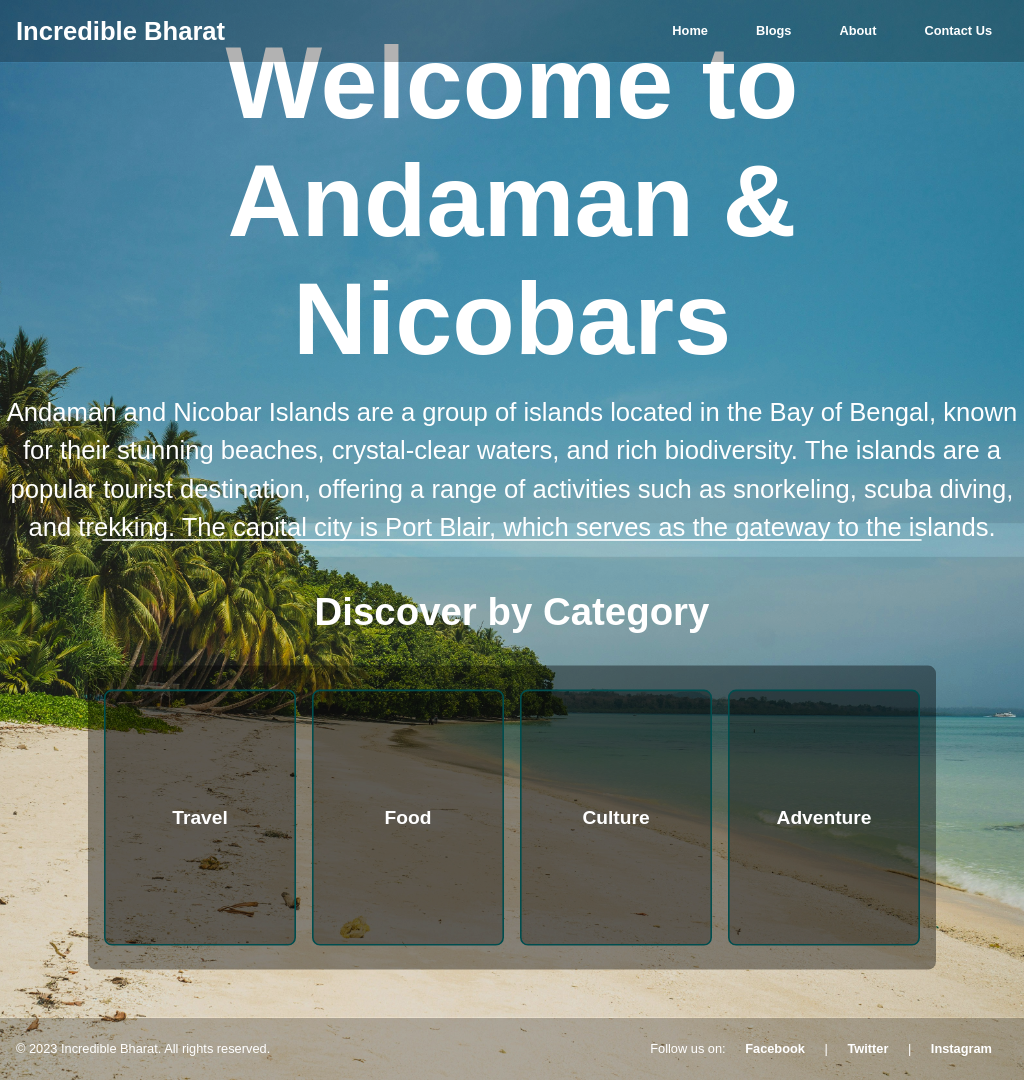
Repository: jaidhiman111/incrediblebharat
Page: destinations/Andaman&Nicobar.html
These files come from the project's save history. The page is drawn as it stood at one moment and after a run of saves; the edit follows.
The browser window is 1280 px wide. The pictures show the whole page, at 80% of full size.

Above is the page before, as saved 2025-04-30 23:39:22.

### destinations/Andaman&Nicobar.html
<!DOCTYPE html>
<html lang="en">

<head>
    <meta charset="UTF-8">
    <link rel="stylesheet" href="/assets/style.css">
    <meta name="viewport" content="width=device-width, initial-scale=1.0">
    <title>Document</title>
</head>

<body class="andaman-nicobar">
    <!-- This is the header of the page. -->
    <header class="header">
        <div class="logo">
            <h1>Incredible Bharat</h1>
        </div>
        <div class="nav">
            <nav>
                <ul>
                    <li>
                        <a href="/index.html">Home</a>
                        <a href="#">Blogs</a>
                        <a href="#">About</a>
                        <a href="#">Contact Us</a>
                    </li>
                </ul>
            </nav>
        </div>
    </header>
    <!-- This is the main content of the page. -->
    <main class="main-container">
        <section class="hero-section">
            <h2>Welcome to Andaman & Nicobars</h2>
            <p>Andaman and Nicobar Islands are a group of islands located in the Bay of Bengal, known for their stunning
                beaches, crystal-clear waters, and rich biodiversity. The islands are a popular tourist destination,
                offering a range of activities such as snorkeling, scuba diving, and trekking. The capital city is Port
                Blair, which serves as the gateway to the islands.</p>
        </section>
        <hr>
        <section class="state-section">
            <h2>Discover by Category</h2>
            <div class="card-section">
                <div class="card" id="travel">Travel</div>
                <div class="card" id="food">Food</div>
                <div class="card" id="culture">Culture</div>
                <div class="card" id="adventure">Adventure</div>
            </div>
        </section>
    </main>
    <!-- This is the footer of the page. -->
    <footer class="footer">
        <div>
            <p>&copy; 2023 Incredible Bharat. All rights reserved.</p>
        </div>
        <div>
            <p>Follow us on:
                <a href="#">Facebook</a> |
                <a href="#">Twitter</a> |
                <a href="#">Instagram</a>
        </div>
    </footer>
</body>

</html>

### assets/style.css
* {
    box-sizing: border-box;
    margin: 0;
    padding: 0;
}

.home {
    font-family: Arial, sans-serif;
    background-image: url('/media/bg-cover.jpg');
    background-size: cover;
    background-repeat: no-repeat;
    background-position: center;
    color: #fff;
}

.andaman-nicobar {
    font-family: Arial, sans-serif;
    background-image: url('/media/andaman.jpg');
    background-size: cover;
    background-repeat: no-repeat;
    background-position: center;
    color: #fff;
}


/* This is for header */
.header {
    background-color: rgba(0, 0, 0, 0.3);
    display: flex;
    justify-content: space-between;
    align-items: center;
    padding: 20px;
    position: sticky;
    top: 0;
    text-align: center;
}

li {
    list-style: none;
    display: flex;
    gap: 20px;
}

li a {
    padding: 10px 20px;
    border-radius: 5px;
    text-decoration: none;
    color: #fff;
    font-weight: bold;
}

li a:hover {
    color: #fff;
    transform: scale(1.1);}

/* This is for section */
section{
    background-color: rgba(0, 0, 0, 0.1);
}

.hero-section {
    display: flex;
    flex-direction: column;    /* stack items vertically */
    justify-content: center;   /* center vertically */
    align-items: center;       /* center horizontally */
    height: 80vh;
    text-align: center;
}

.hero-section h2 {
    font-size: 8rem;
    margin-bottom: 20px;
}

.hero-section p{
    font-size: 2rem;
    margin-bottom: 20px;
    max-width: 100rem;         /* limit the width of the paragraph */
    line-height: 1.5;        /* improve readability */
}

.hero-section a {
    text-decoration: none;
    color: #fff;
    font-size: 1.5rem;
    margin-bottom: 20px;
}

.hero-section a:hover {
    color: #fff;
    text-decoration: underline;
    transform: scale(1.1);
    transition: transform 0.3s ease-in-out;
}

hr {
    width: 80%;
    margin: 20px auto;
    border: 1px solid #fff;
}

.state-section {
    display: flex;
    flex-direction: column;    /* stack items vertically */
    justify-content: center;
    align-items: center;
    height: 80vh;
    text-align: center;
}

.state-section h2 {
    font-size: 3rem;
    margin-bottom: 20px;
}

.state-button {
    padding: 30px;
    max-width: 100rem;
    margin: 0 auto;
  }

  .state-button button {
    background-color: rgba(0, 0, 0, 0.4);  /* Soft blue */
    border: none;
    border-radius: 8px;
    margin: 10px ;
    padding: 12px 20px;
    cursor: pointer;
    transition: background-color 0.3s ease;
    font-size: 16px;
    font-weight: 500;
  }

  .state-button button a {
    color: #ffffff;
    text-decoration: none;
    display: block;
    width: 100%;
    height: 100%;
  }

  .state-button button:hover {
    background-color: rgba(0, 0, 0, 0.7); /* Darker blue on hover */
    transform: scale(1.1); /* Slightly enlarge the button on hover */
    transition: transform 0.3s ease-in-out;
  }

  .card-section {
    display: flex;
    flex-wrap: wrap; /* Makes it responsive */
    justify-content: center;
    gap: 20px;
    background-color: rgba(0, 0, 0, 0.4);
    padding: 30px 20px;
    margin: 20px auto;
    max-width: 100%;
    border-radius: 10px;
}

.card {
    background-color: rgba(0, 0, 0, 0.3);
    color: #fff;
    border: 2px solid #014d4e;
    border-radius: 10px;
    width: 15rem;
    height: 20rem;
    display: flex;
    align-items: center;
    justify-content: center;
    font-size: 1.5rem;
    font-weight: bold;
    cursor: pointer;
    transition: transform 0.3s ease, background-color 0.3s ease;
}

.card:hover {
    background-color: #019494;
    color: #ffffff;
    transform: scale(1.05);
}


  /* This is for footer */

.footer {
    background-color: rgba(0, 0, 0, 0.3);
    display: flex;
    justify-content: space-between;
    align-items: center;
    padding: 20px;
    position: relative;
    bottom: 0;
    text-align: center;
}

.footer li {
    list-style: none;
    display: flex;
    gap: 20px;
}

.footer a {
    display: inline-block;
    padding: 10px 20px;
    border-radius: 5px;
    text-decoration: none;
    color: #fff;
    font-weight: bold;
}
.footer a:hover {
    color: #fff;
    transform: scale(1.1);

}

/* This is for media queries */
/* --- Andaman & Nicobar Page Enhancements --- */

After the next 2 saves:
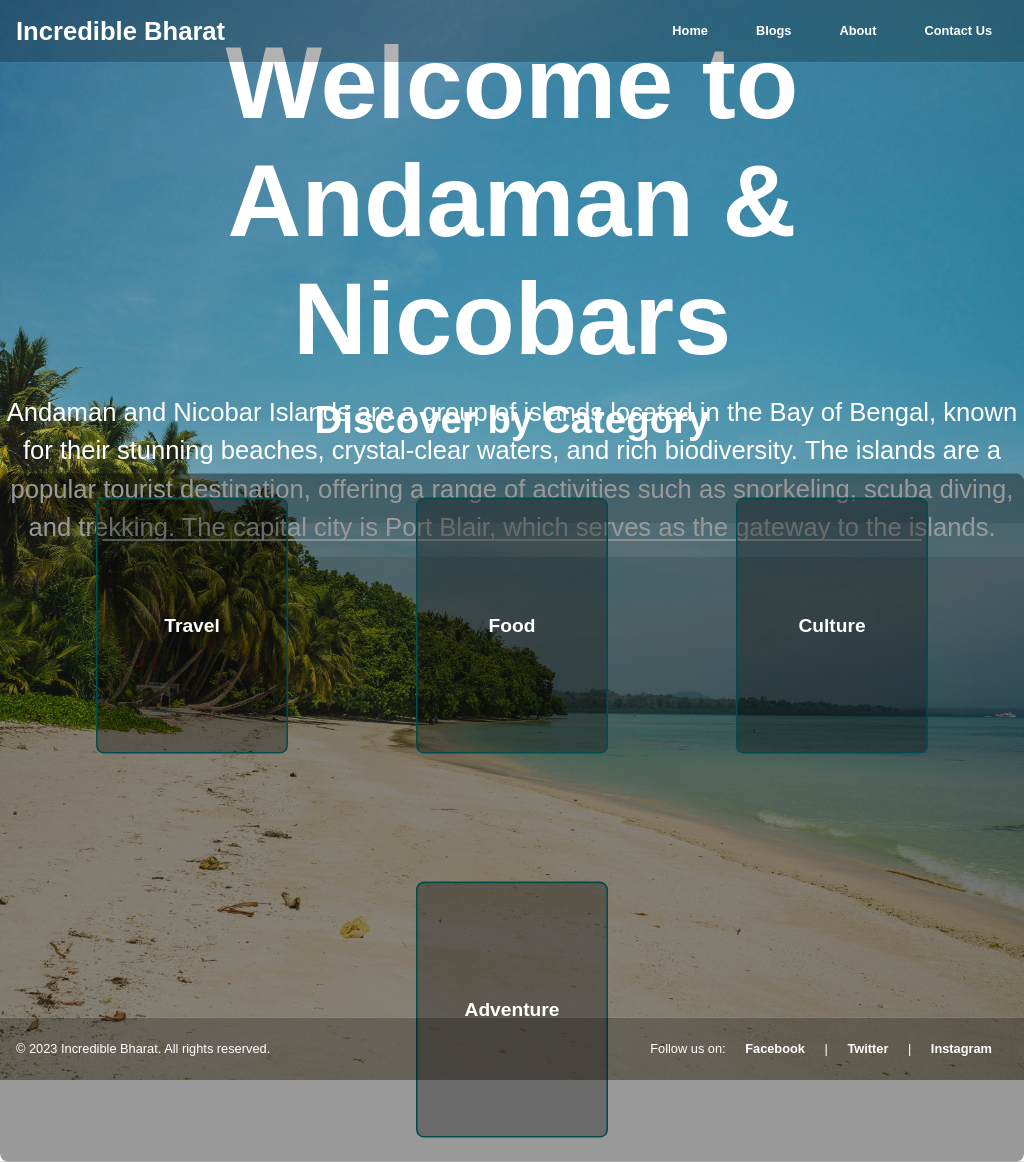
The 2 saves are shown as one change because they came seconds apart.
The last was saved 10 s later.
--- a/assets/style.css
+++ b/assets/style.css
@@ -149,7 +149,7 @@ hr {
     display: flex;
     flex-wrap: wrap; /* Makes it responsive */
     justify-content: center;
-    gap: 20px;
+    gap: 10rem;
     background-color: rgba(0, 0, 0, 0.4);
     padding: 30px 20px;
     margin: 20px auto;
